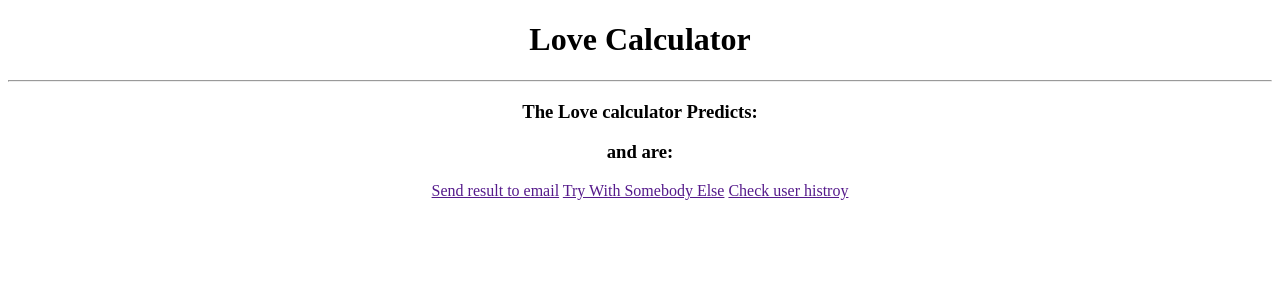
Repository: Ramakrishnmagadum/Testing_Branch
Page: http://localhost/MVC_Love_Calculator/WEB-INF/view/process-page.jsp
The author's editor kept a copy of each file at every save. The page is drawn from the files as they stood at one save, then again after the next save.
The browser window is 1280 px wide. The pictures show the whole page.
The page is served by Tomcat 9. Nobody is signed in. The template is opened directly, without the code that normally fills it, so the values that code supplies are empty.

Above is the page before, as saved 2025-05-01 07:42:28.

After the next save:
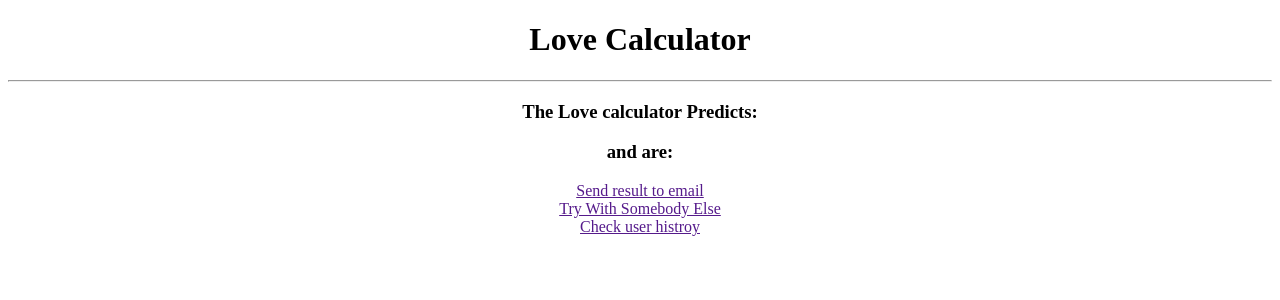
Saved 17 s later.
--- a/MVC_Love_Calculator/src/main/webapp/WEB-INF/view/process-page.jsp
+++ b/MVC_Love_Calculator/src/main/webapp/WEB-INF/view/process-page.jsp
@@ -18,8 +18,8 @@
 <!--  passing StudentBean Object Ref -->
 <h3>${student.username} and ${student.crushname} are: </h3>
 
-<a href=""> Send result to email</a>
-<a href=""> Try With Somebody Else</a>
+<a href=""> Send result to email</a><br>
+<a href=""> Try With Somebody Else</a><br>
 <a href=""> Check user histroy</a>
 </div>
 
